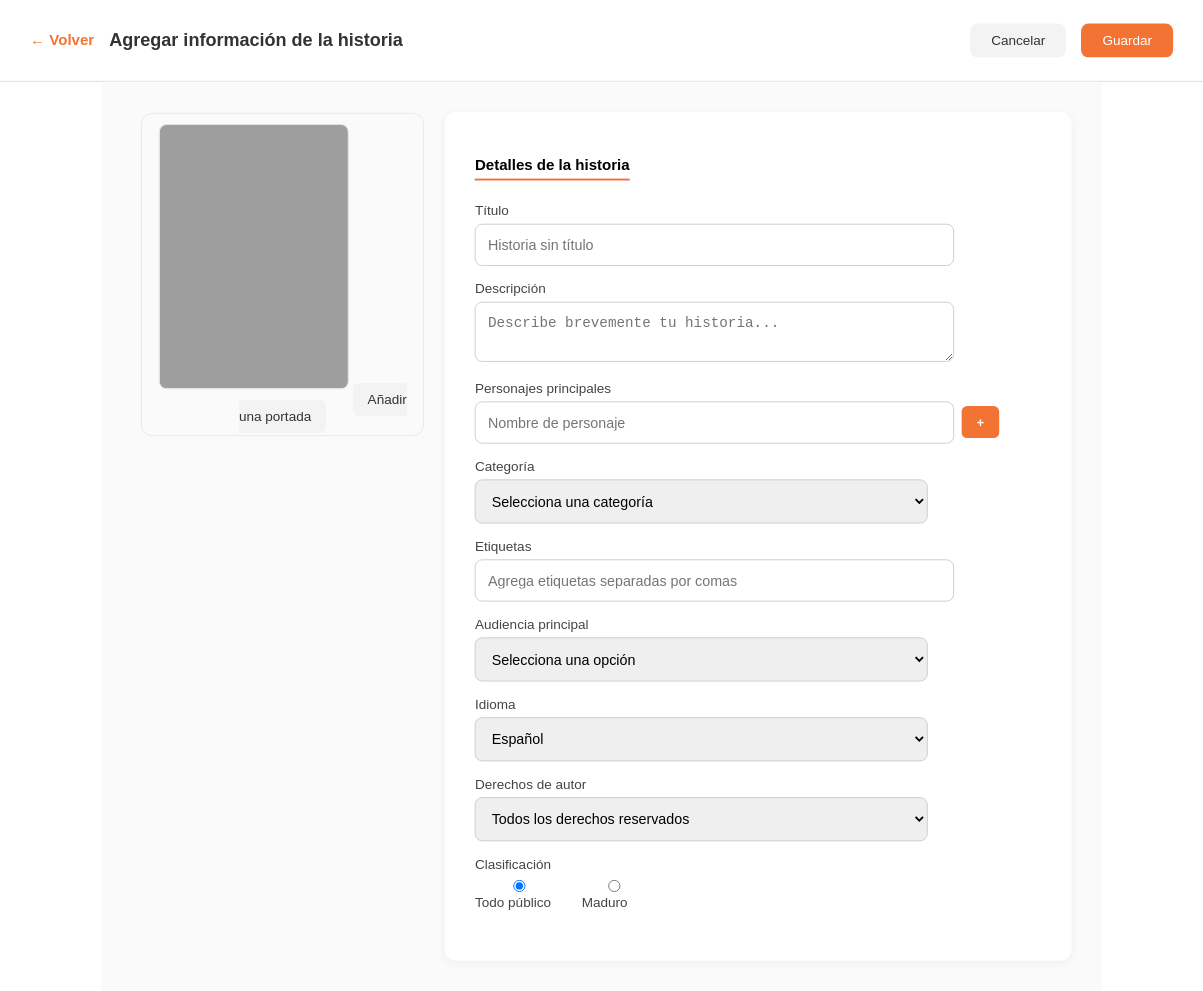
Repository: Mellowdarkl/willpig_studio
Page: .env/html_backup/indexCreti.html
An editor plug-in stored every save of this project. The page is shown before and after the next save, followed by the edit.
The browser window is 1280 px wide. The pictures show the whole page, at 94% of full size.
Pictures or frames that could not be fetched are drawn as grey boxes.

Above is the page before, as saved 2025-11-11 12:20:13.

After the next save:
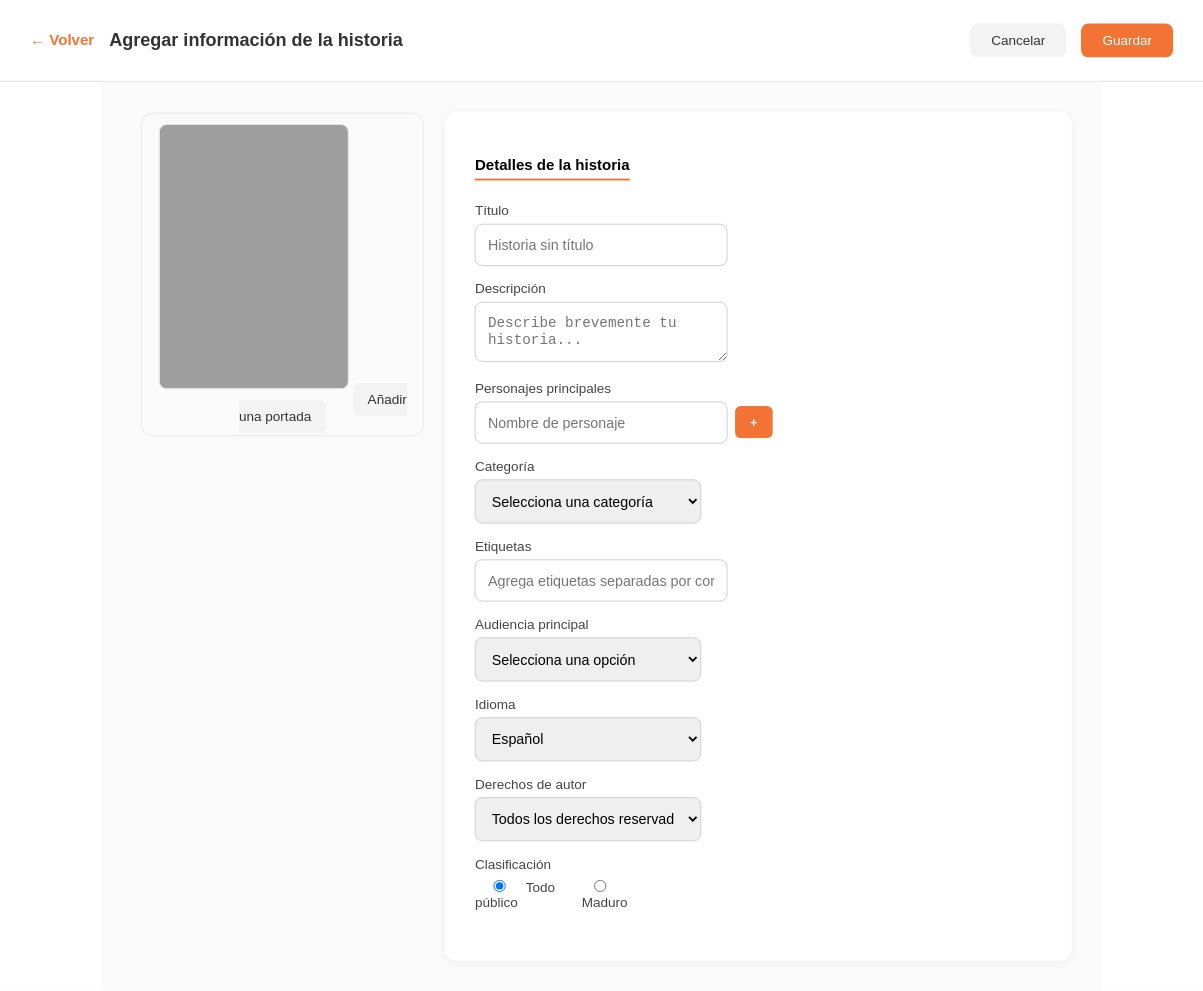
Saved 20 s later.
--- a/.env/html_backup/style1.2.css
+++ b/.env/html_backup/style1.2.css
@@ -1036,7 +1036,7 @@ social-btn google img {
 .form-group input,
 .form-group textarea,
 .form-group select {
-  width: 80%;
+  width: 40%;
   padding: 0.8rem;
   border: 1px solid #ccc;
   border-radius: 8px;
